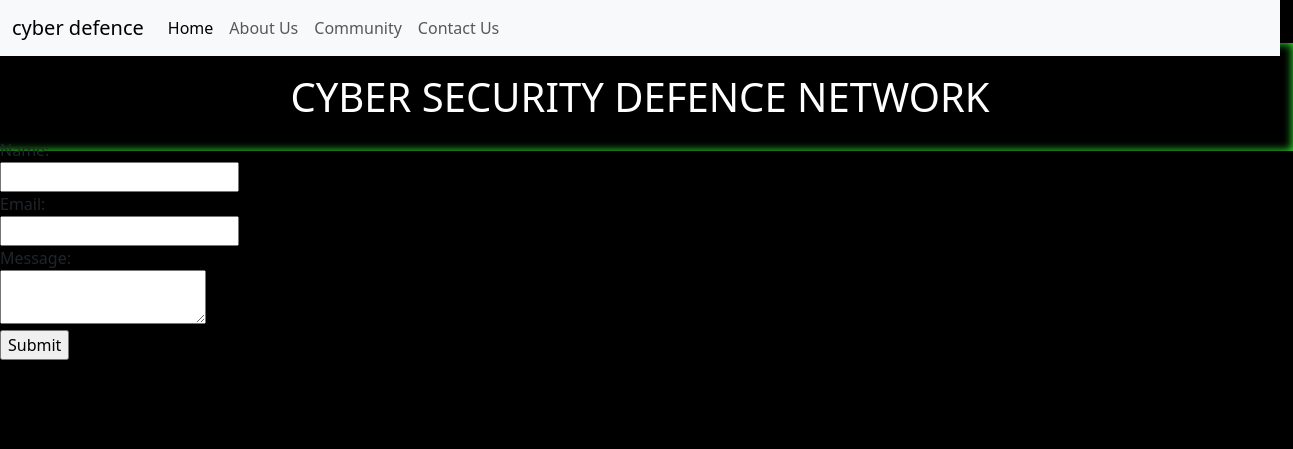
Repository: newworldhost/nwh
Page: contact.html
These files come from the project's save history. The page is drawn as it stood at one moment and after a run of saves; the edit follows.
The browser window is 1280 px wide. The page is 1293 px wide, so the pictures cover 1293 px, including what lies to the right of the window. The pictures show the whole page.

Above is the page before, as saved 2025-03-04 23:48:57.

### contact.html
<!DOCTYPE html>
<html lang="en">
<head>
    <meta charset="UTF-8">
    <meta name="viewport" content="width=device-width, initial-scale=1.0">
    <meta name="author" content="cyber security defence network">
    <meta name="description" content="cyber security defence network">
    <meta name="keywords" content="cyber security defence network">
    <link href="https://cdn.jsdelivr.net/npm/bootstrap@5.3.3/dist/css/bootstrap.min.css" rel="stylesheet" integrity="sha384-QWTKZyjpPEjISv5WaRU9OFeRpok6YctnYmDr5pNlyT2bRjXh0JMhjY6hW+ALEwIH" crossorigin="anonymous">

    <link rel="stylesheet" href="style.css">
    <title>cyber security defence network</title>
</head>
<body>
    <header>
        <nav class="navbar navbar-expand-lg bg-body-tertiary">
            <div class="container-fluid">
              <a class="navbar-brand" href="#">cyber defence</a>
              <button class="navbar-toggler" type="button" data-bs-toggle="collapse" data-bs-target="#navbarNavAltMarkup" aria-controls="navbarNavAltMarkup" aria-expanded="false" aria-label="Toggle navigation">
                <span class="navbar-toggler-icon"></span>
              </button>
              <div class="collapse navbar-collapse" id="navbarNavAltMarkup">
                <div class="navbar-nav">
                  <a class="nav-link active" aria-current="page" href="#">Home</a>
                  <a class="nav-link" href="about.html">About Us</a>
                  <a class="nav-link" href="community.html">Community</a>
                  <a class="nav-link" href="contact.html">Contact Us</a>
            </div>
          </nav>
    <h1>cyber security defence network</h1>
    <form method="post" action="contact.html">
        <label for="name">Name:</label><br>
        <input type="text" id="name" name="name"><br>
        <label for="email">Email:</label><br>
        <input type="text" id="email" name="email"><br>
        <label for="message">Message:</label><br>
        <textarea id="message" name="message"></textarea><br>
        <input type="submit" value="Submit">
        </form>
    </header>
    </body>
    </html>

### style.css
h1 {
    text-align: center;
    background-color: black;
    color: white;
    padding: 30px;
    text-transform: uppercase;
    box-shadow: inset 0 0 10px #33ff33;
    margin: -13px;
}
h2 {
    text-align: center;
    background-color: black;
    color: white;
    padding: 30px;
    text-transform: uppercase;
    box-shadow: inset 0 0 10px #33ff33;
}
p {
    background-color: black;
    color: white;
    padding: 10px;
    box-shadow: inset 0 0 10px #33ff33;
    line-height: 30px;
    list-style-type: none;
    margin: 30px 0px 30px 0px;
}
body {
    background-color: black;
}
/* navigation */
ul {
    background-color: black;
    color: white;
    padding: 10px;
    line-height: 30px;
    list-style-type: none;
    display: inline;
}
strong {
    color:#33ff33;
    text-transform: uppercase;
}
/

After the next 2 saves:
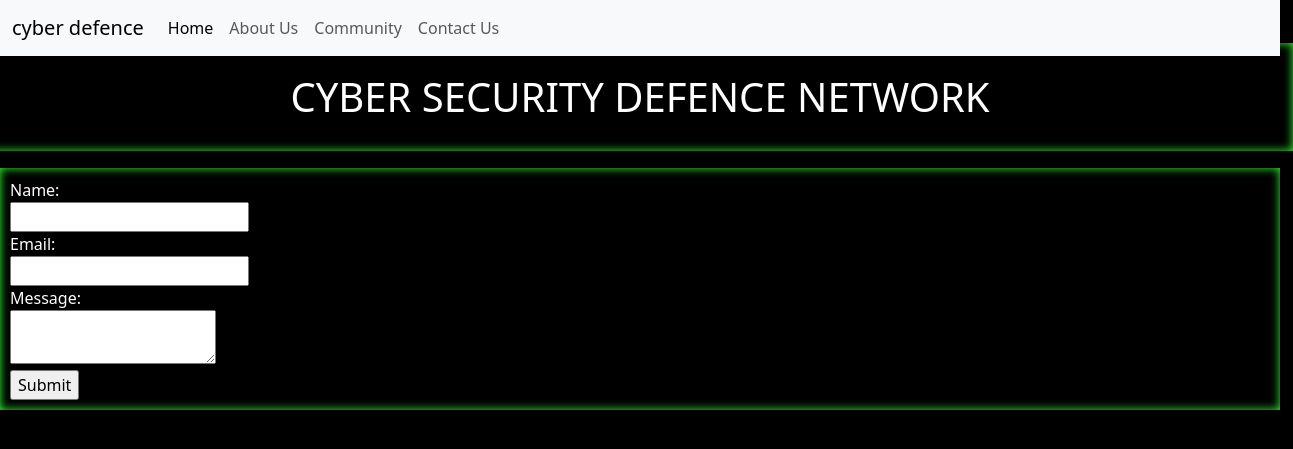
The 2 saves are shown as one change because they came seconds apart.
The last was saved 8 s later.
--- a/style.css
+++ b/style.css
@@ -40,4 +40,11 @@ strong {
     color:#33ff33;
     text-transform: uppercase;
 }
-/
+/* contact form */
+form {
+    background-color: black;
+    color: white;
+    padding: 10px;
+    box-shadow: inset 0 0 10px #33ff33;
+    margin: 30px 0px 30px 0px;
+}
